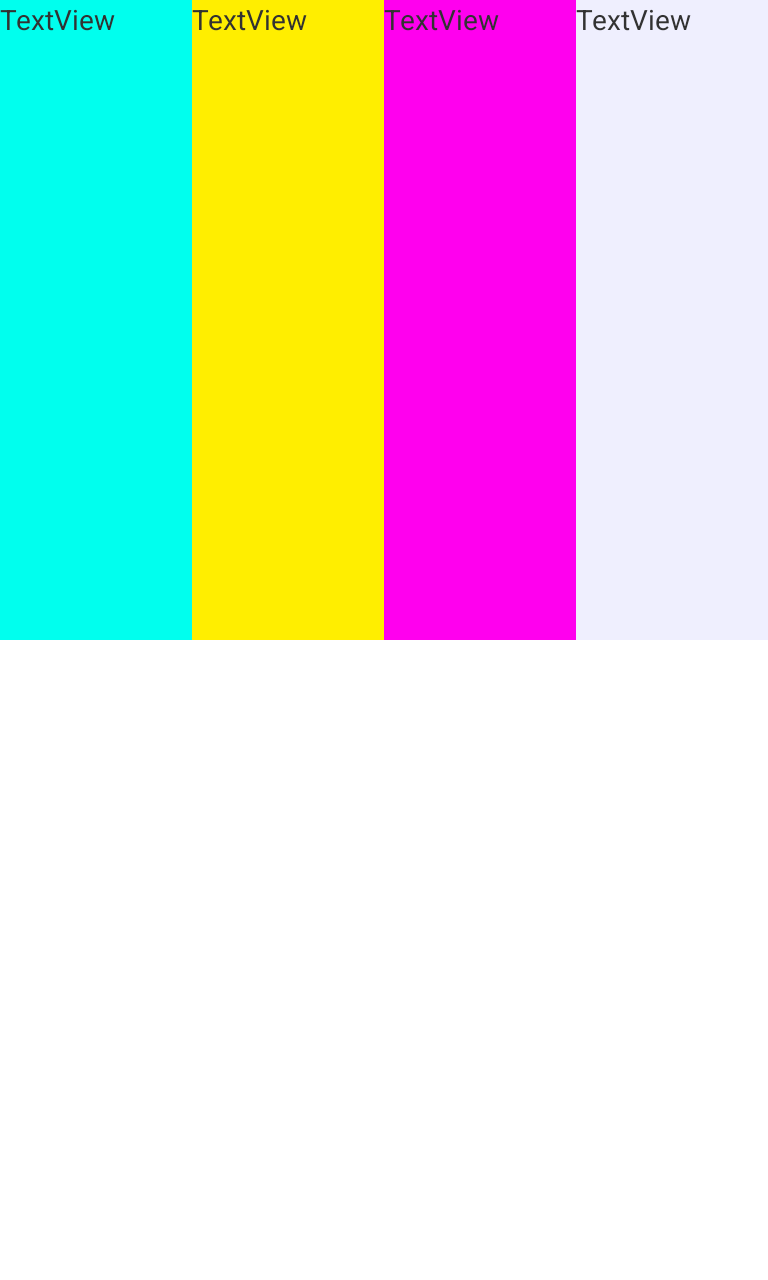
Repository: IvyZh/hm66
Layout: 黑马项目/res/layout/activity_framelayout.xml
The author's editor kept a copy of each file at every save. The layout is drawn from the files as they stood at one save, then again after the next save.
It is drawn on a 768 x 1280 px phone screen (xhdpi) without system bars, with theme AppTheme; the app's code is not run.

Above is the layout before, as saved 2016-05-16 10:29:42.

After the next save:
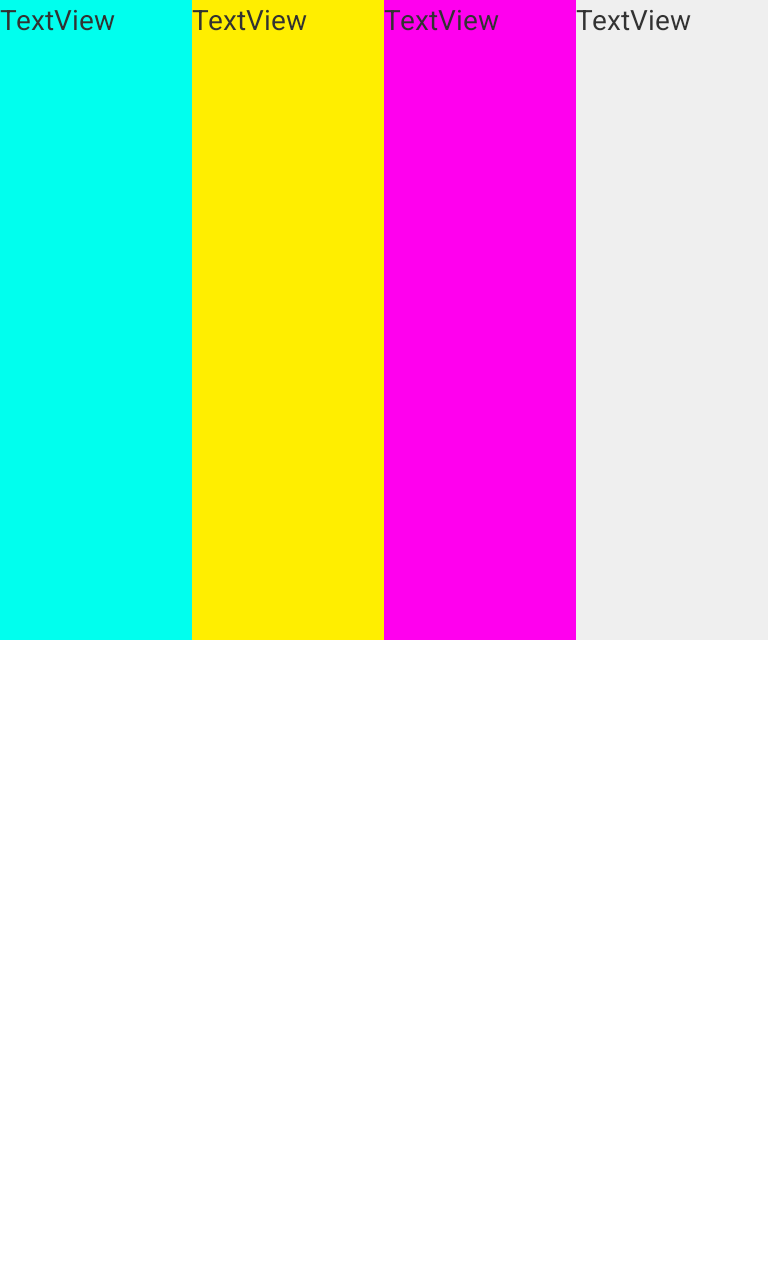
Saved 4 s later.
--- a/黑马项目/res/layout/activity_framelayout.xml
+++ b/黑马项目/res/layout/activity_framelayout.xml
@@ -32,7 +32,7 @@
             android:layout_width="0dp"
             android:layout_height="match_parent"
             android:layout_weight="1"
-            android:background="#efeffe"
+            android:background="#efefef"
             android:text="TextView" />
     </LinearLayout>
 
